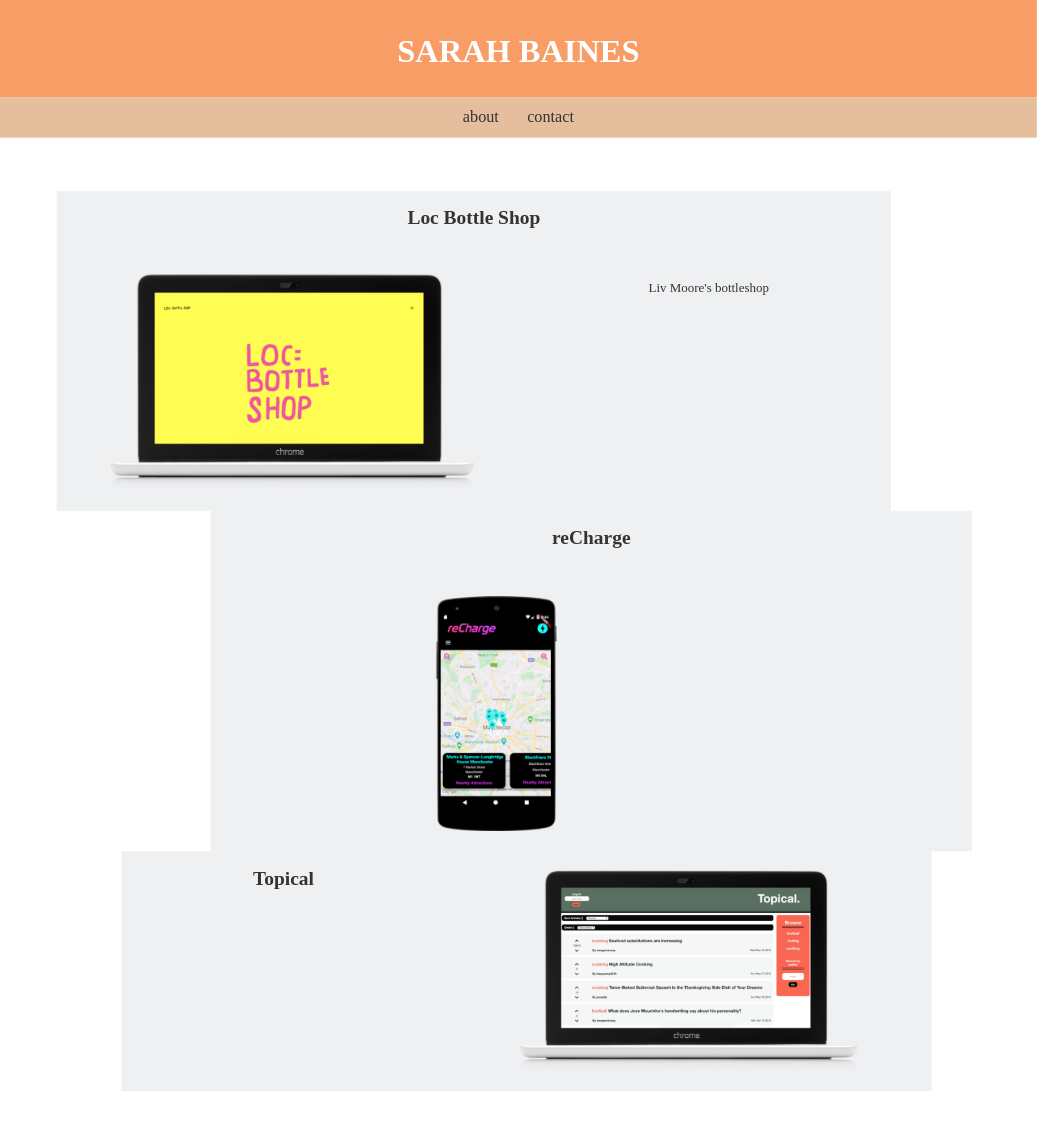
Repository: bainesface/bainesface.github.io
Page: index.html
The author's editor kept a copy of each file at every save. The page is drawn from the files as they stood at one save, then again after the next save.
The browser window is 1280 px wide. The pictures show the whole page, at 81% of full size.

Above is the page before, as saved 2020-04-27 17:18:42.

After the next save:
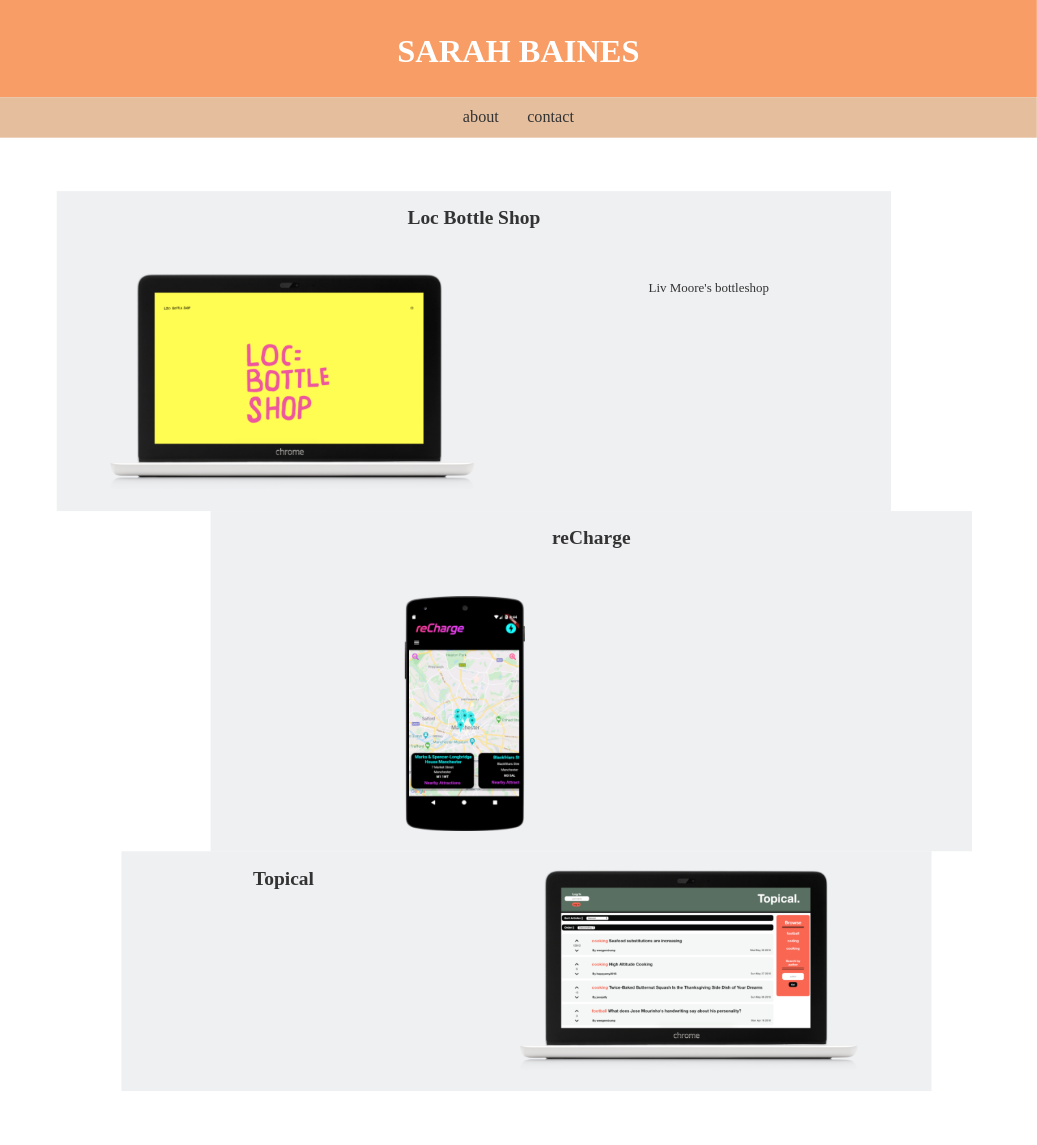
Saved 8 s later.
--- a/index.css
+++ b/index.css
@@ -77,7 +77,7 @@
   margin-right: 30px;
   background-color: #eef0f2;
   display: grid;
-  grid-template-columns: 3fr 1fr;
+  grid-template-columns: 2fr 1fr;
   grid-template-rows: 1fr 4fr;
   grid-template-areas:
     'title title'
